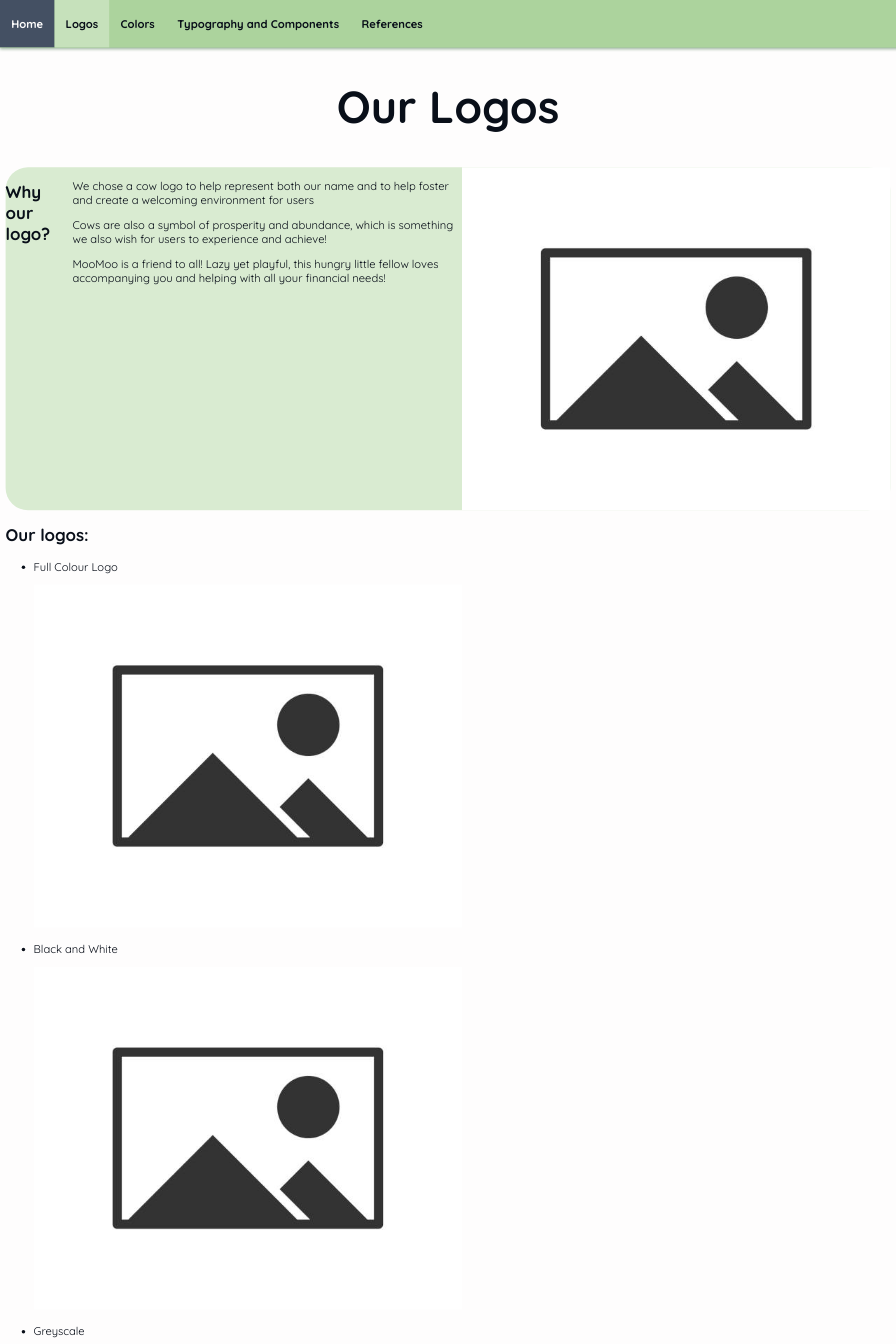
Repository: AlyssaHug/MoolahMate-A5Styleguide
Page: logos.html
The author's editor kept a copy of each file at every save. The page is drawn from the files as they stood at one save, then again after the next save.
The browser window is 1280 px wide. The pictures show the part of the page from y = 0 to 1920 px (the page is 10758 px tall before and 10806 px after), at 70% of full size.

Above is the page before, as saved 2025-03-31 09:47:47.

After the next save:
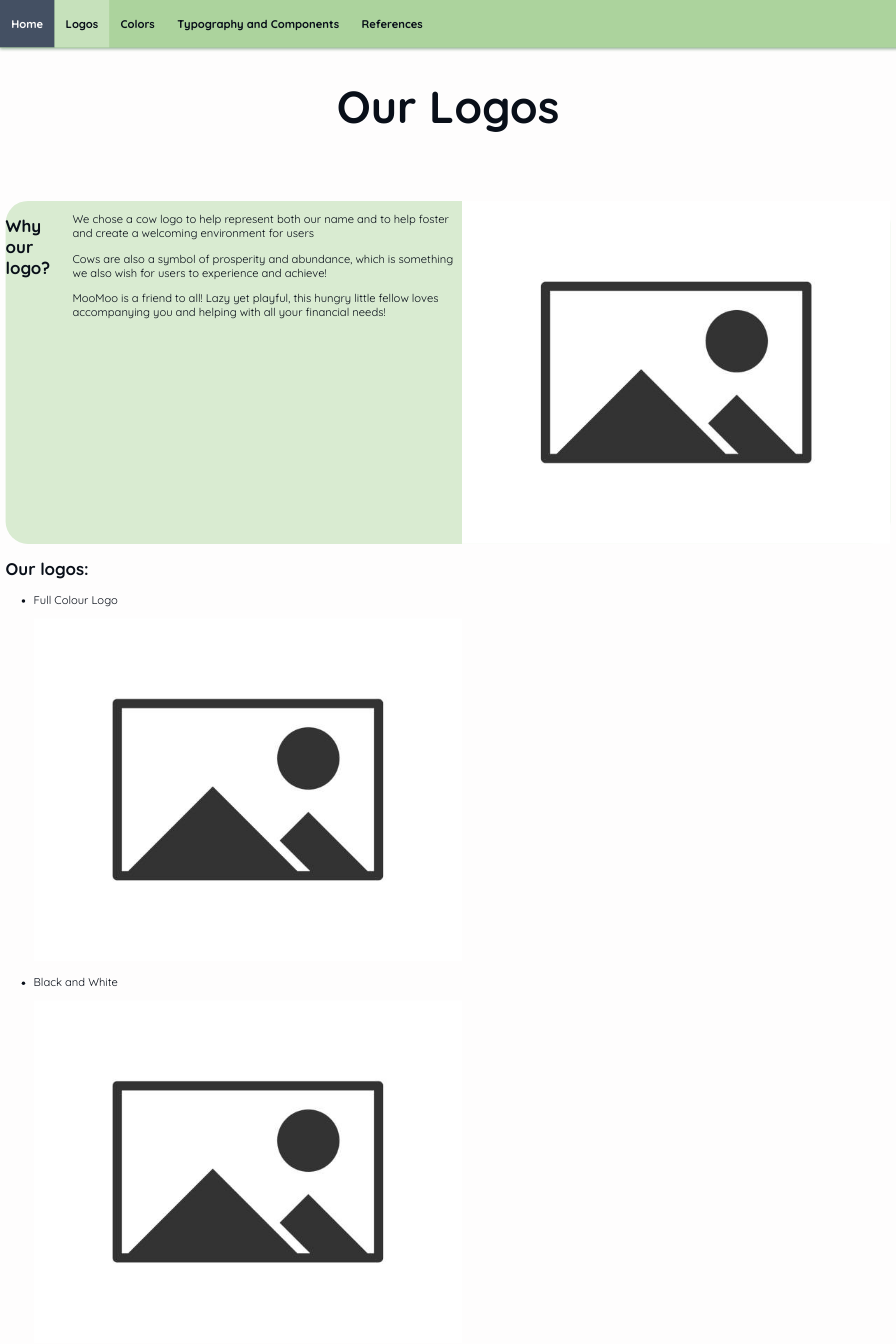
Saved 7 s later.
--- a/Logo-styles.css
+++ b/Logo-styles.css
@@ -7,7 +7,7 @@
     display: flex;
     background-color: #d9ebd1;
     border-radius: 2em;
-    margin-top: 3em;
+    margin-top: 6em;
 }
 
 .rationale__title {
